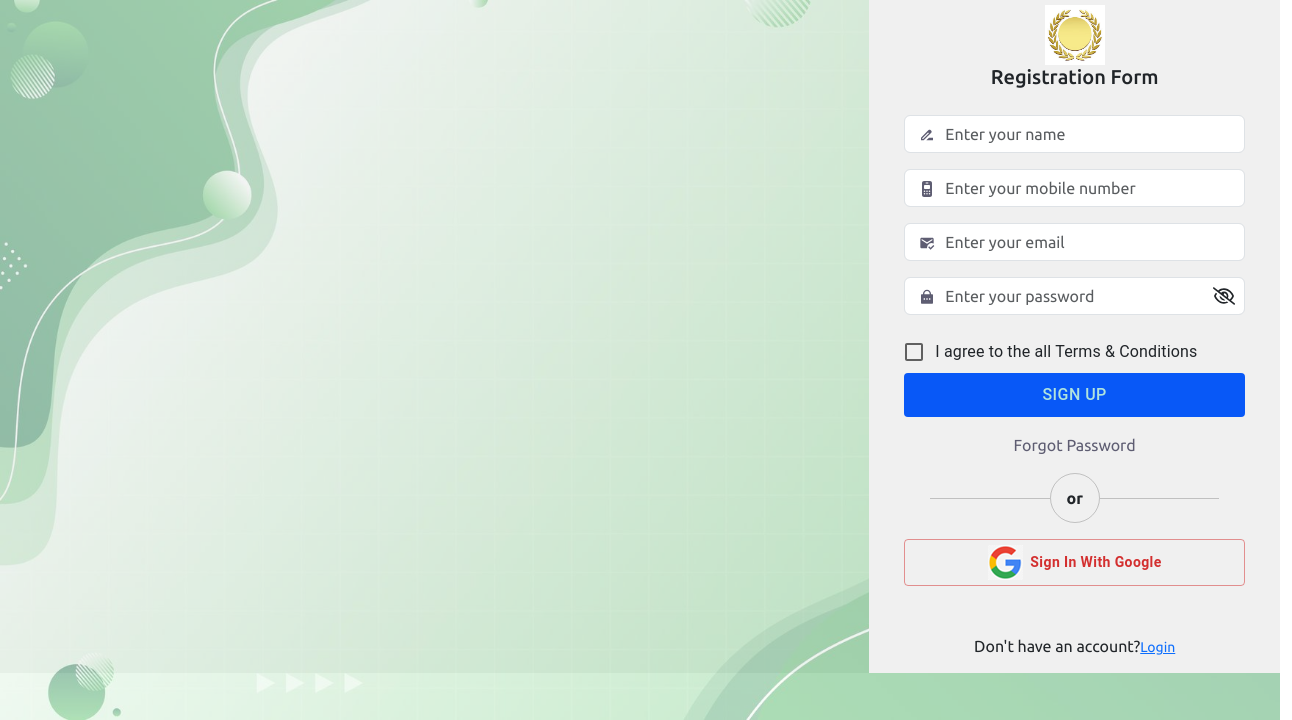
Repository: gautamsonam011/admin-react-dashboard
Page: /signup
The author's editor kept a copy of each file at every save. The page is drawn from the files as they stood at one save, then again after the next save.
The browser window is 1280 px wide. The page is 1292 px wide, so the pictures cover 1292 px, including what lies to the right of the window. The pictures show the whole page.
The project was rebuilt for these pictures with package versions that can differ from the ones it lists, and the page was loaded fresh each time. Also part of the build but not shown: src/components/DashboardBox.jsx, src/pages/Dashboard/Dashboard.jsx, src/pages/Login/index.jsx.

Above is the page before, as saved 2025-04-26 22:19:22.

After the next save:
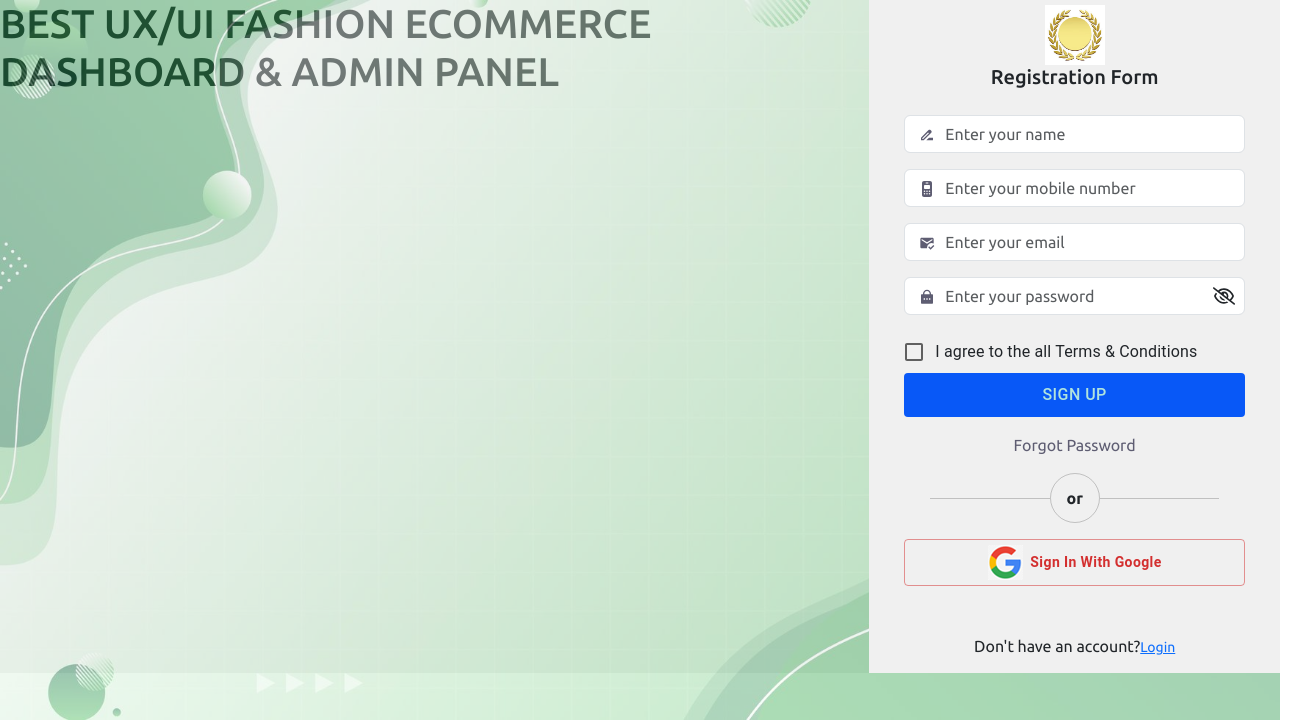
Saved 102 s later.
--- a/src/pages/SignUp/index.jsx
+++ b/src/pages/SignUp/index.jsx
@@ -33,8 +33,9 @@ const SignUp = () => {
             <img src={bgImage} className='loginbgimage' alt="bgimage" />
             <section className="loginSection signupSection">
                 <div className='row'>
-                    <div className='col-md-8 d-flex align-items'>
-                        <h1></h1>
+                    <div className='col-md-8 d-flex align-items-center flex-column'>
+                        <h1>BEST UX/UI FASHION ECOMMERCE DASHBOARD & ADMIN PANEL</h1>
+                        <p></p>
                     </div>
                     <div className='col-md-4 pr-0'>
                         <div className="loginBox">
